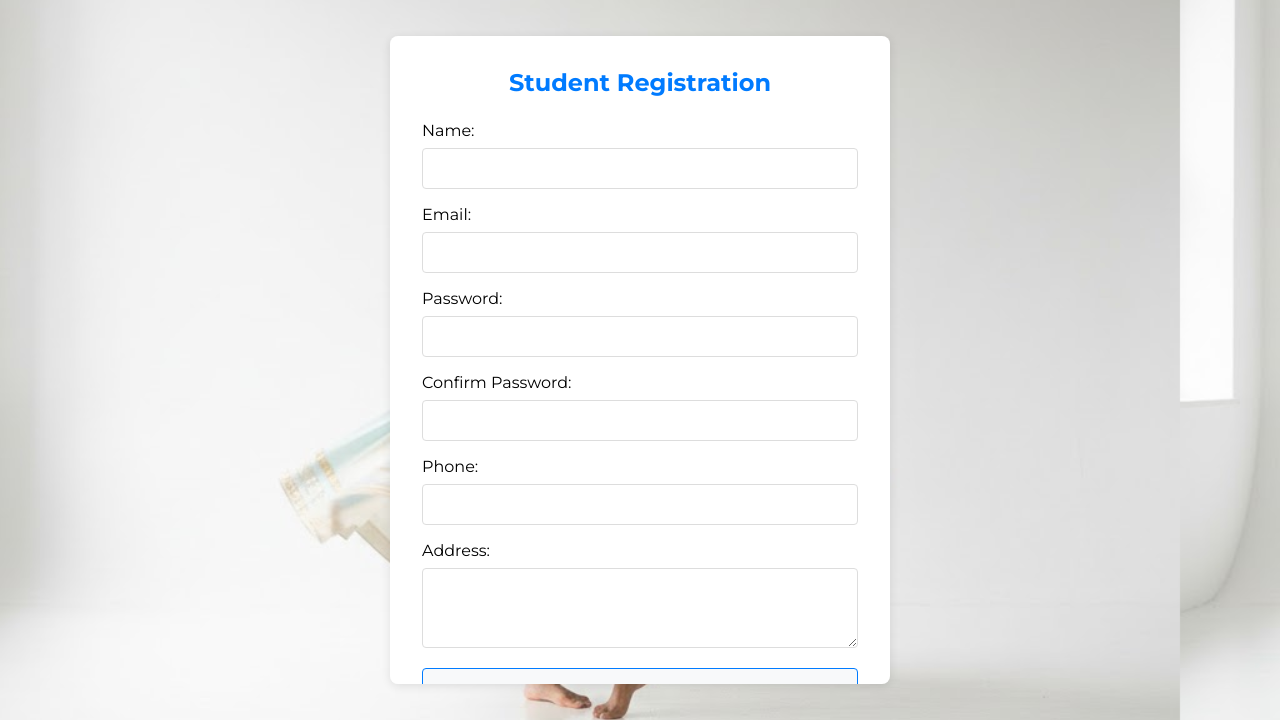
Repository: Priyadharshini-J-CSE/StepSync_Dance_Mangement_System
Page: /user-register (app in frontend/)
An editor plug-in stored every save of this project. The page is shown before and after the next save, followed by the edit.
The browser window is 1280 px wide. The pictures show the whole page.
An inner scrolling area shows only its first screen. Some web fonts or font styles are not loaded; a fallback is used. Some web libraries are served in a nearby version. The project was rebuilt for these pictures with package versions that can differ from the ones it lists, and the page was loaded fresh each time. Also part of the build but not shown: frontend/src/index.css, frontend/src/pages/LandingPage.js, frontend/src/components/Alert.js, frontend/src/pages/UserLogin.js, frontend/src/pages/AdminLogin.js, frontend/src/pages/AdminRegister.js, frontend/src/pages/ForgotPassword.js, frontend/src/components/Navbar.js and 17 more.

Above is the page before, as saved 2025-12-18 10:48:28.

### frontend/public/index.html
<!DOCTYPE html>
<html lang="en">
  <head>
    <meta charset="utf-8" />
    <meta name="viewport" content="width=device-width, initial-scale=1" />
    <title>Zumba Class Management</title>
    <link rel="preconnect" href="https://fonts.googleapis.com">
    <link rel="preconnect" href="https://fonts.gstatic.com" crossorigin>
    <link href="https://fonts.googleapis.com/css2?family=Alumni+Sans+Pinstripe:ital@0;1&family=Anta&family=Josefin+Sans:ital,wght@0,100..700;1,100..700&family=Metamorphous&family=Montserrat:ital,wght@0,100..900;1,100..900&family=Pangolin&family=Roboto:ital,wght@0,100..900;1,100..900&family=Rubik:ital,wght@0,300..900;1,300..900&display=swap" rel="stylesheet">
    <link rel="stylesheet" href="https://cdnjs.cloudflare.com/ajax/libs/font-awesome/6.5.1/css/all.min.css" crossorigin="anonymous">
    <script src="https://kit.fontawesome.com/a076d05399.js" crossorigin="anonymous"></script>
    <style>
      * { margin: 0; padding: 0; box-sizing: border-box; }
      body { font-family: 'Montserrat', sans-serif; }
    </style>
  </head>
  <body>
    <div id="root"></div>
  </body>
</html>

### frontend/src/App.js
import React from 'react';
import { BrowserRouter as Router, Routes, Route, Navigate } from 'react-router-dom';
import { AuthProvider, useAuth } from './context/AuthContext';
import LandingPage from './pages/LandingPage';
import UserLogin from './pages/UserLogin';
import AdminLogin from './pages/AdminLogin';
import UserRegister from './pages/UserRegister';
import AdminRegister from './pages/AdminRegister';
import ForgotPassword from './pages/ForgotPassword';
import AdminDashboard from './pages/admin/AdminDashboard';
import UserDashboard from './pages/user/UserDashboard';

const ProtectedRoute = ({ children, requiredRole }) => {
  const { user, loading } = useAuth();

  if (loading) return <div>Loading...</div>;
  if (!user) return <Navigate to="/" />;
  if (requiredRole && user.role !== requiredRole) return <Navigate to="/" />;

  return children;
};

function App() {
  return (
    <AuthProvider>
      <Router>
        <div style={{ minHeight: '100vh', backgroundColor: '#fff6e9' }}>
          <Routes>
            <Route path="/" element={<LandingPage />} />
            <Route path="/user-login" element={<UserLogin />} />
            <Route path="/admin-login" element={<AdminLogin />} />
            <Route path="/user-register" element={<UserRegister />} />
            <Route path="/admin-register" element={<AdminRegister />} />
            <Route path="/forgot-password" element={<ForgotPassword />} />
            <Route
              path="/admin/*"
              element={
                <ProtectedRoute requiredRole="admin">
                  <AdminDashboard />
                </ProtectedRoute>
              }
            />
            <Route
              path="/user/*"
              element={
                <ProtectedRoute requiredRole="user">
                  <UserDashboard />
                </ProtectedRoute>
              }
            />
          </Routes>
        </div>
      </Router>
    </AuthProvider>
  );
}

export default App;

### frontend/src/context/AuthContext.js
import React, { createContext, useContext, useState, useEffect } from 'react';
import axios from 'axios';

const AuthContext = createContext();

export const useAuth = () => useContext(AuthContext);

export const AuthProvider = ({ children }) => {
  const [user, setUser] = useState(null);
  const [loading, setLoading] = useState(true);

  useEffect(() => {
    const token = localStorage.getItem('token');
    if (token) {
      axios.defaults.headers.common['Authorization'] = `Bearer ${token}`;
      fetchUser();
    } else {
      setLoading(false);
    }
  }, []);

  const fetchUser = async () => {
    try {
      const response = await axios.get('/api/auth/me');
      setUser(response.data);
    } catch (error) {
      localStorage.removeItem('token');
      delete axios.defaults.headers.common['Authorization'];
    }
    setLoading(false);
  };

  const login = async (email, password) => {
    const response = await axios.post('/api/auth/login', { email, password });
    const { token, user } = response.data;

    localStorage.setItem('token', token);
    axios.defaults.headers.common['Authorization'] = `Bearer ${token}`;
    setUser(user);

    return user;
  };

  const register = async (userData) => {
    const response = await axios.post('/api/auth/register', userData);
    const { token, user } = response.data;

    localStorage.setItem('token', token);
    axios.defaults.headers.common['Authorization'] = `Bearer ${token}`;
    setUser(user);

    return user;
  };

  const logout = () => {
    localStorage.removeItem('token');
    delete axios.defaults.headers.common['Authorization'];
    setUser(null);
  };

  const value = {
    user,
    login,
    register,
    logout,
    loading
  };

  return (
    <AuthContext.Provider value={value}>
      {children}
    </AuthContext.Provider>
  );
};

### frontend/src/pages/UserRegister.js
import React, { useState } from 'react';
import { useNavigate, Link } from 'react-router-dom';
import { useAuth } from '../context/AuthContext';
import { validatePassword } from '../utils/passwordValidation';
import Alert from '../components/Alert';

const UserRegister = () => {
  const [formData, setFormData] = useState({
    name: '',
    email: '',
    password: '',
    confirmPassword: '',
    phone: '',
    address: '',
    acceptTerms: false
  });
  const [alert, setAlert] = useState(null);
  const [loading, setLoading] = useState(false);
  const [passwordValidation, setPasswordValidation] = useState(null);
  const [showTerms, setShowTerms] = useState(false);
  const [hasScrolled, setHasScrolled] = useState(false);
  const { register } = useAuth();
  const navigate = useNavigate();

  const handlePasswordChange = (password) => {
    setFormData({...formData, password});
    setPasswordValidation(validatePassword(password));
  };

  const handleSubmit = async (e) => {
    e.preventDefault();

    if (formData.password !== formData.confirmPassword) {
      setAlert({ message: 'Passwords do not match', type: 'error' });
      return;
    }

    if (!passwordValidation?.isValid) {
      setAlert({ message: 'Password does not meet requirements', type: 'error' });
      return;
    }

    if (!formData.acceptTerms) {
      setAlert({ message: 'Please accept terms and conditions', type: 'error' });
      return;
    }

    setLoading(true);

    try {
      await register({ ...formData, role: 'user' });
      navigate('/user');
    } catch (error) {
      setAlert({ message: error.response?.data?.message || 'Registration failed', type: 'error' });
    }
    setLoading(false);
  };

  return (
    <div style={{
      display: 'flex',
      justifyContent: 'center',
      alignItems: 'center',
      minHeight: '100vh',
      padding: '1rem',
      backgroundImage: 'url(/image.jpg)',
      backgroundSize: 'cover',
      backgroundPosition: 'bottom 30% right 100px',
      backgroundAttachment: 'fixed'
    }}>
      <form onSubmit={handleSubmit} style={{
        backgroundColor: 'white',
        padding: '2rem',
        borderRadius: '8px',
        boxShadow: '0 2px 10px rgba(0,0,0,0.1)',
        width: '500px',
        maxHeight: '90vh',
        overflowY: 'auto'
      }}>
        <h2 style={{ textAlign: 'center', marginBottom: '1.5rem', color: '#007bff' }}>
          Student Registration
        </h2>

        {alert && <Alert message={alert.message} type={alert.type} onClose={() => setAlert(null)} />}

        <div style={{ marginBottom: '1rem' }}>
          <label style={{ display: 'block', marginBottom: '0.5rem' }}>Name:</label>
          <input
            type="text"
            value={formData.name}
            onChange={(e) => setFormData({...formData, name: e.target.value})}
            required
            style={{
              width: '100%',
              padding: '0.75rem',
              border: '1px solid #ddd',
              borderRadius: '4px'
            }}
          />
        </div>

        <div style={{ marginBottom: '1rem' }}>
          <label style={{ display: 'block', marginBottom: '0.5rem' }}>Email:</label>
          <input
            type="email"
            value={formData.email}
            onChange={(e) => setFormData({...formData, email: e.target.value})}
            required
            style={{
              width: '100%',
              padding: '0.75rem',
              border: '1px solid #ddd',
              borderRadius: '4px'
            }}
          />
        </div>

        <div style={{ marginBottom: '1rem' }}>
          <label style={{ display: 'block', marginBottom: '0.5rem' }}>Password:</label>
          <input
            type="password"
            value={formData.password}
            onChange={(e) => handlePasswordChange(e.target.value)}
            required
            style={{
              width: '100%',
              padding: '0.75rem',
              border: '1px solid #ddd',
              borderRadius: '4px'
            }}
          />
          {passwordValidation && (
            <div style={{ marginTop: '0.5rem', fontSize: '0.8rem' }}>
              <div style={{
                color: passwordValidation.strength === 'Strong' ? 'green' :
                       passwordValidation.strength === 'Medium' ? 'orange' : 'red'
              }}>
                Strength: {passwordValidation.strength}
              </div>
            </div>
          )}
        </div>

        <div style={{ marginBottom: '1rem' }}>
          <label style={{ display: 'block', marginBottom: '0.5rem' }}>Confirm Password:</label>
          <input
            type="password"
            value={formData.confirmPassword}
            onChange={(e) => setFormData({...formData, confirmPassword: e.target.value})}
            required
            style={{
              width: '100%',
              padding: '0.75rem',
              border: '1px solid #ddd',
              borderRadius: '4px'
            }}
          />
        </div>

        <div style={{ marginBottom: '1rem' }}>
          <label style={{ display: 'block', marginBottom: '0.5rem' }}>Phone:</label>
          <input
            type="tel"
            value={formData.phone}
            onChange={(e) => setFormData({...formData, phone: e.target.value})}
            style={{
              width: '100%',
              padding: '0.75rem',
              border: '1px solid #ddd',
              borderRadius: '4px'
            }}
          />
        </div>

        <div style={{ marginBottom: '1rem' }}>
          <label style={{ display: 'block', marginBottom: '0.5rem' }}>Address:</label>
          <textarea
            value={formData.address}
            onChange={(e) => setFormData({...formData, address: e.target.value})}
            style={{
              width: '100%',
              padding: '0.75rem',
              border: '1px solid #ddd',
              borderRadius: '4px',
              minHeight: '80px'
            }}
          />
        </div>

        <div style={{ marginBottom: '1.5rem' }}>
          <button
            type="button"
            onClick={() => setShowTerms(true)}
            style={{
              width: '100%',
              padding: '0.75rem',
              backgroundColor: '#f8f9fa',
              color: '#007bff',
              border: '1px solid #007bff',
              borderRadius: '4px',
              cursor: 'pointer',
              marginBottom: '0.5rem'
            }}
          >
            View Terms & Conditions and Privacy Policy
          </button>
          <label style={{ display: 'flex', alignItems: 'center', gap: '0.5rem' }}>
            <input
              type="checkbox"
              checked={formData.acceptTerms}
              onChange={(e) => setFormData({...formData, acceptTerms: e.target.checked})}
              required
              disabled={!hasScrolled}
            />
            I accept the Terms and Conditions and Privacy Policy
            {!hasScrolled && <span style={{ color: 'red', fontSize: '0.8rem' }}>(Read first)</span>}
          </label>
        </div>

        {showTerms && (
          <div className="modal-overlay" onClick={() => setShowTerms(false)}>
            <div className="modal-content" onClick={(e) => e.stopPropagation()} style={{ maxWidth: '600px' }}>
              <h3 style={{ marginTop: 0 }}>Terms & Conditions and Privacy Policy</h3>
              <div
                onScroll={(e) => {
                  const bottom = e.target.scrollHeight - e.target.scrollTop === e.target.clientHeight;
                  if (bottom) setHasScrolled(true);
                }}
                style={{
                  maxHeight: '400px',
                  overflowY: 'auto',
                  padding: '1rem',
                  backgroundColor: '#f8f9fa',
                  borderRadius: '8px',
                  marginBottom: '1rem'
                }}
              >
                <h4>Terms and Conditions</h4>
                <p>Welcome to DanceHub. By registering, you agree to the following terms:</p>
                <ol>
                  <li>You must provide accurate and complete information during registration.</li>
                  <li>You are responsible for maintaining the confidentiality of your account.</li>
                  <li>You must be at least 18 years old to register.</li>
                  <li>Payment for classes must be made in advance.</li>
                  <li>Refunds are subject to our refund policy.</li>
                  <li>You agree to attend classes on time and follow instructor guidelines.</li>
                  <li>We reserve the right to cancel classes due to unforeseen circumstances.</li>
                  <li>You agree not to share class materials without permission.</li>
                </ol>

                <h4>Privacy Policy</h4>
                <p>We value your privacy and are committed to protecting your personal information:</p>
                <ol>
                  <li>We collect personal information including name, email, phone, and address.</li>
                  <li>Your information is used solely for class management and communication.</li>
                  <li>We do not sell or share your personal information with third parties.</li>
                  <li>Payment information is processed securely through encrypted channels.</li>
                  <li>You have the right to access, modify, or delete your personal data.</li>
                  <li>We use cookies to improve your experience on our platform.</li>
                  <li>Your attendance and payment records are stored securely.</li>
                  <li>We may send you notifications about classes and updates.</li>
                </ol>

                <p style={{ fontWeight: 'bold', marginTop: '1rem' }}>
                  Please scroll to the bottom to enable the acceptance checkbox.
                </p>
              </div>
              <button
                onClick={() => setShowTerms(false)}
                style={{
                  width: '100%',
                  padding: '0.75rem',
                  backgroundColor: '#007bff',
                  color: 'white',
                  border: 'none',
                  borderRadius: '4px',
                  cursor: 'pointer'
                }}
              >
                Close
              </button>
            </div>
          </div>
        )}

        <button
          type="submit"
          disabled={loading}
          style={{
            width: '100%',
            padding: '0.75rem',
            backgroundColor: '#007bff',
            color: 'white',
            border: 'none',
            borderRadius: '4px',
            cursor: 'pointer',
            fontSize: '16px'
          }}
        >
          {loading ? 'Registering...' : 'Register'}
        </button>

        <div style={{ textAlign: 'center', marginTop: '1rem' }}>
          <p>Already have an account? <Link to="/user-login">Login here</Link></p>
          <p><Link to="/">Back to Home</Link></p>
        </div>
      </form>
    </div>
  );
};

export default UserRegister;

### frontend/src/utils/passwordValidation.js
export const validatePassword = (password) => {
  const minLength = password.length >= 8;
  const hasUpperCase = /[A-Z]/.test(password);
  const hasLowerCase = /[a-z]/.test(password);
  const hasNumbers = /\d/.test(password);
  const hasSpecialChar = /[!@#$%^&*(),.?":{}|<>]/.test(password);

  const score = [minLength, hasUpperCase, hasLowerCase, hasNumbers, hasSpecialChar].filter(Boolean).length;

  let strength = 'Weak';
  if (score >= 4) strength = 'Strong';
  else if (score >= 3) strength = 'Medium';

  return {
    isValid: score >= 3,
    strength,
    requirements: {
      minLength,
      hasUpperCase,
      hasLowerCase,
      hasNumbers,
      hasSpecialChar
    }
  };
};

Loaded but not shown: frontend/src/index.js (common file)

After the next save:
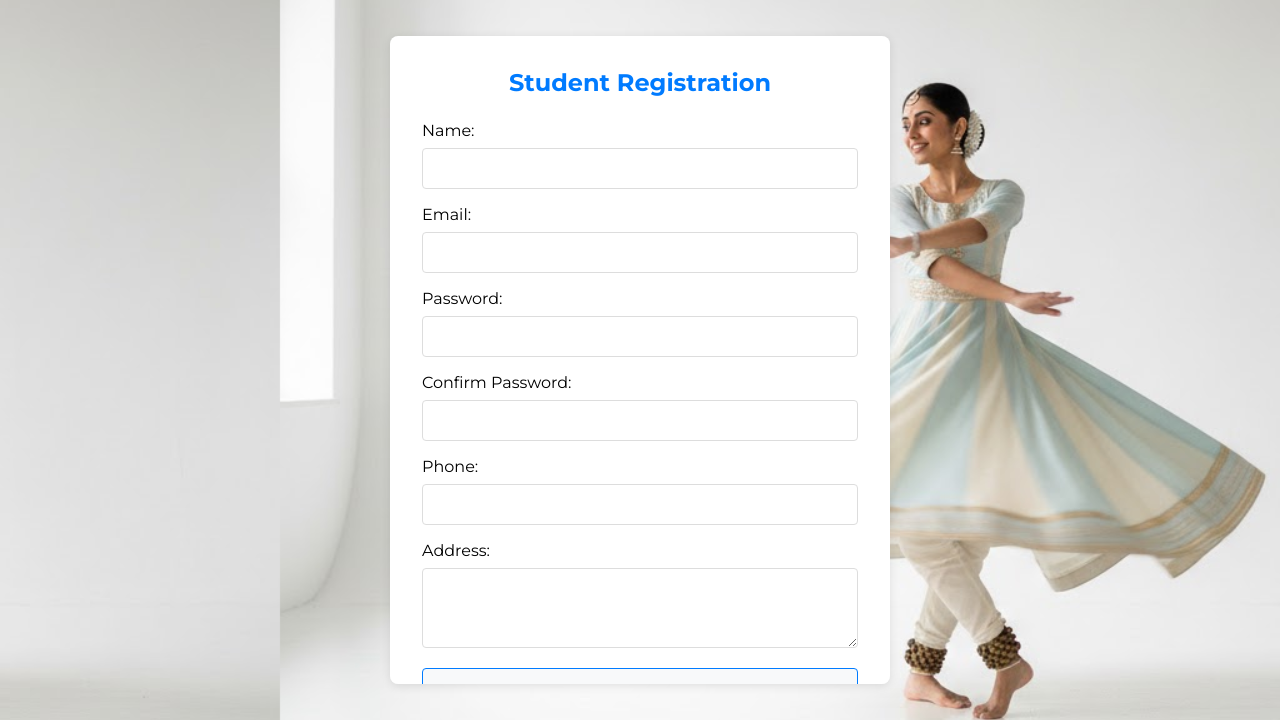
Saved 5 s later.
--- a/frontend/src/pages/UserRegister.js
+++ b/frontend/src/pages/UserRegister.js
@@ -65,7 +65,7 @@ const UserRegister = () => {
       padding: '1rem',
       backgroundImage: 'url(/image.jpg)',
       backgroundSize: 'cover',
-      backgroundPosition: 'bottom 30% right 100px',
+      backgroundPosition: 'bottom 30% right 1000px',
       backgroundAttachment: 'fixed'
     }}>
       <form onSubmit={handleSubmit} style={{
